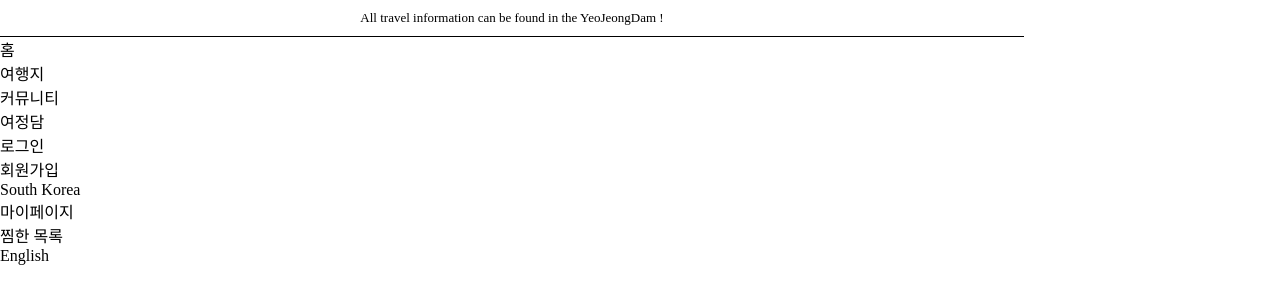
Repository: gaeunlee95/semi
Page: http://localhost/semi/main.jsp
These files come from the project's save history. The page is drawn as it stood at one moment and after the next save; the edit follows.
The browser window is 1280 px wide. The pictures show the whole page.
The page is served by Tomcat 9.

Above is the page before, as saved 2023-12-06 08:36:47.

### semi/src/main/webapp/main.jsp
<%@ page language="java" contentType="text/html; charset=UTF-8"
    pageEncoding="UTF-8"%>
<!DOCTYPE html>
<html>
<head>
<meta charset="UTF-8">
<title>메인 페이지</title>
<link rel="stylesheet" href="resources/css/style.css">
<style>
/* *{
	color: blue;
} */
</style>
</head>
<body>
	<jsp:include page="header.jsp" />
</body>
</html>

### semi/src/main/webapp/header.jsp
<%@ page language="java" contentType="text/html; charset=UTF-8"
    pageEncoding="UTF-8"%>
<%@ taglib uri="http://java.sun.com/jsp/jstl/core" prefix="c" %>
<header>
	<div id="welcome">
		<p>All travel information can be found in the YeoJeongDam !</p>
	</div>
	<nav>
	<div id="menu">
		<div id="mainMenu">
			<ul id="">
				<li>홈</li>
				<li>여행지</li>
				<li>커뮤니티</li>
				<li>여정담</li>
			</ul>
		</div>
		<div id="sideMenu">
			<ul id="">
				<li>로그인</li>
				<li>회원가입</li>
				<li>South Korea</li>
				<li>마이페이지</li>
				<li>찜한 목록</li>
				<li>English</li> <!-- 스크롤로 언어(영어/한국) 선택 -->
			</ul>
		</div>
	</div>
	</nav>





  <%-- <nav>
  <c:choose>
    <c:when test="${empty sessionId}">
	    <ul id="topMenu">
	  	  <li><a href="/loginform.do">로그인</a></li>
	  	  <li><a href="/joinform.do">회원가입</a></li>
	  	  <li><a href="/boardlist.do">게시판</a></li>
	  	  <li><a href="/memberlist.do">회원목록</a></li>
	  	</ul>
    </c:when>
    <c:otherwise>
    	<ul id="topMenu">
	  	  <li><a href="/logout.do">(${sessionId}님)로그아웃</a></li>
	  	  <li><a href="/memberview.do?id=${sessionId}">나의 정보</a></li>
	  	  <li><a href="/boardlist.do">게시판</a></li>
	  	  <li><a href="/memberlist.do">회원 목록</a></li>
	  	</ul>
    </c:otherwise>
   </c:choose>
  </nav> --%>
</header>

### semi/src/main/webapp/resources/css/style.css
@charset "UTF-8";
/* 공통 스타일 */
*{margin: 0; padding: 0;}
#container{width: 1024px; margin: 30px auto 100px;}
ul li{list-style: none;}
a{text-decoration: none;}
/* header 스타일 */
header{
	margin: 0 auto;
}
header #welcome{
	width : 1024px;
	text-align: center;
	border-bottom: 1px solid black;
}
header #welcome p{
	padding: 10px 0;
	font-size: 13px;
}
header nav{
	height: 80px;
	float:left;
}
header #mainMenu{
	width: 700px;
};
header #sideMenu{
	width: 324px;
}


/*
 header 스타일
header{height: 80px; background: #0077cc;}
header #logo{width: 250px; float: left; line-height: 80px;}
#logo h1 a{color: greenyellow; padding-left: 24px; font-style: italic;}
#logo h1 a:hover{color: #eee;}
header nav{width: 900px; float: right;}
#topMenu{line-height: 80px; padding-left: 150px;}
#topMenu li{float: left; margin: 0 20px;}
#topMenu li a{color: #eee; padding: 0 20px;}
#topMenu li a:hover{color: #444;}

 main 스타일
#main{width: 1000px; height: 600px; margin: 40px auto;}
#main h1{color: blue; font-style: italic; padding: 20px 60px;}
#main .main_img{margin: 16px 30px; float: left;}
#main .main_img img{border-radius: 5px;}
#main .newboard{margin: 20px;}
#main .newboard h3{margin: 20px;}
#main .newboard p{line-height: 2.5;}


 footer 스타일
footer{height: 80px; border-top: 2px solid #222; clear: both;}
#bottomMenu{margin: 10px 20px;}
#bottomMenu li{float: left; margin: 10px 0; padding: 0 10px;
	border-right: 1.5px solid #ccc;}
#bottomMenu li a{color: #444;}
#bottomMenu li:last-child{border: none;}

 회원 목록 스타일
#memberlist{width: 700px; margin: 20px auto;}
#memberlist .logout{text-align: right;}
#memberlist table{width: 700px; margin: 20px auto;}
#memberlist table, th, td{border: 1px solid #ccc;
  border-collapse: collapse; text-align: center;}
table th, td{padding: 10px;}
table thead{background: #eee;}
*/
/* 회원 가입 스타일 */
#join{width: 500px; margin: 20px auto;}
#join form{margin: 20px auto;}
form ul li{margin: 20px;}
form .button{margin-top: 16px;}
form .button button{padding: 5px;}
form label{width: 120px; float: left; padding-left: 20px;}
form input{padding: 5px;}

/* 회원 정보 스타일 */
#memberview{width: 460px; margin: 20px auto;}
#memberview table{width: 460px; margin: 20px auto;}
#memberview table, th, td{border: 1px solid #ccc;
  border-collapse: collapse; text-align: center;}
table th, td{padding: 10px;}
#memberview button{padding: 5px;}
/*
 login 스타일
#login {width: 400px; margin: 30px auto 100px;}
#login form{margin: 30px auto;}
#login form ul li{margin: 30px;}
#login .error{color: #e00; margin-top: 16px; font-size: 0.9em}
#login button{width: 100%; padding: 10px 0;}

 게시글 목록 스타일
#boardlist{width: 700px; margin: 20px auto;}
#boardlist table{width: 700px; margin: 20px auto;}
#boardlist table, th, td{border: 1px solid #ccc;
  border-collapse: collapse; text-align: center;}
table th, td{padding: 10px;}
table thead{background: #eee;}
#boardlist button{padding: 10px;}

 글쓰기 스타일
#writeform{width: 550px; margin: 20px auto;}
#writeform table{width: 550px; margin: 20px auto;}
#writeform table, th, td{border: 1px solid #ccc;
  border-collapse: collapse; text-align: center;}
table th, td{padding: 10px;}
table thead{background: #eee;}
#writeform input{width: 540px; height: 25px; padding: 5px;}
#writeform textarea{width: 540px; height: 300px; padding: 5px;}
#writeform button{padding: 5px;}

 글 상세보기 스타일
#board_view{width: 550px; margin: 20px auto;}
#board_view table{width: 550px; margin: 20px auto;}
#board_view table, th, td{border: 1px solid #ccc;
  border-collapse: collapse; text-align: center;}
table th, td{padding: 10px;}
table thead{background: #eee;}
#board_view input{width: 540px; height: 25px; padding: 5px;}
#board_view textarea{width: 540px; height: 300px; padding: 5px;}
#board_view button{padding: 5px;}

 댓글 영역 스타일
#board_view h3{
	margin-bottom: 12px;
	color: #444;
}
#board_view .reply{
	border-top: 1px dotted #ccc;
}
#board_view .reply p{
	margin: 10px 0;
	font-size: 0.9em;
	color: #444;
}

 댓글 내용 - 줄바꿈하기 : white-space:pre-line
#board_view .reply p:nth-of-type(1){
	white-space: pre-line; white-space (enter)하면 줄바꿈;
	line-height: 1.5;
}
#replyform textarea{
	height: 100px;
}
#replyform button{
	margin-top: 6px;
}
.replylogin{
	background-color: #eee;
	margin: 10px 0;
	padding: 16px;
	text-align: center;
	border-radius: 5px;
}
.replylogin a{
	color:blue;
}
.replylogin a:hover{
	text-decoration: underline;
}*/

After the next save:
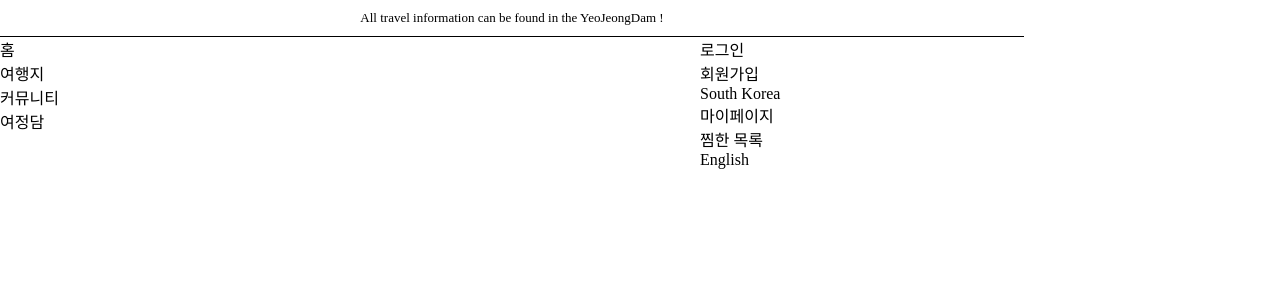
Saved 33 s later.
--- a/semi/src/main/webapp/resources/css/style.css
+++ b/semi/src/main/webapp/resources/css/style.css
@@ -20,6 +20,9 @@ header #welcome p{
 header nav{
 	height: 80px;
 	float:left;
+}
+header nav div{
+	float: left;
 }
 header #mainMenu{
 	width: 700px;
